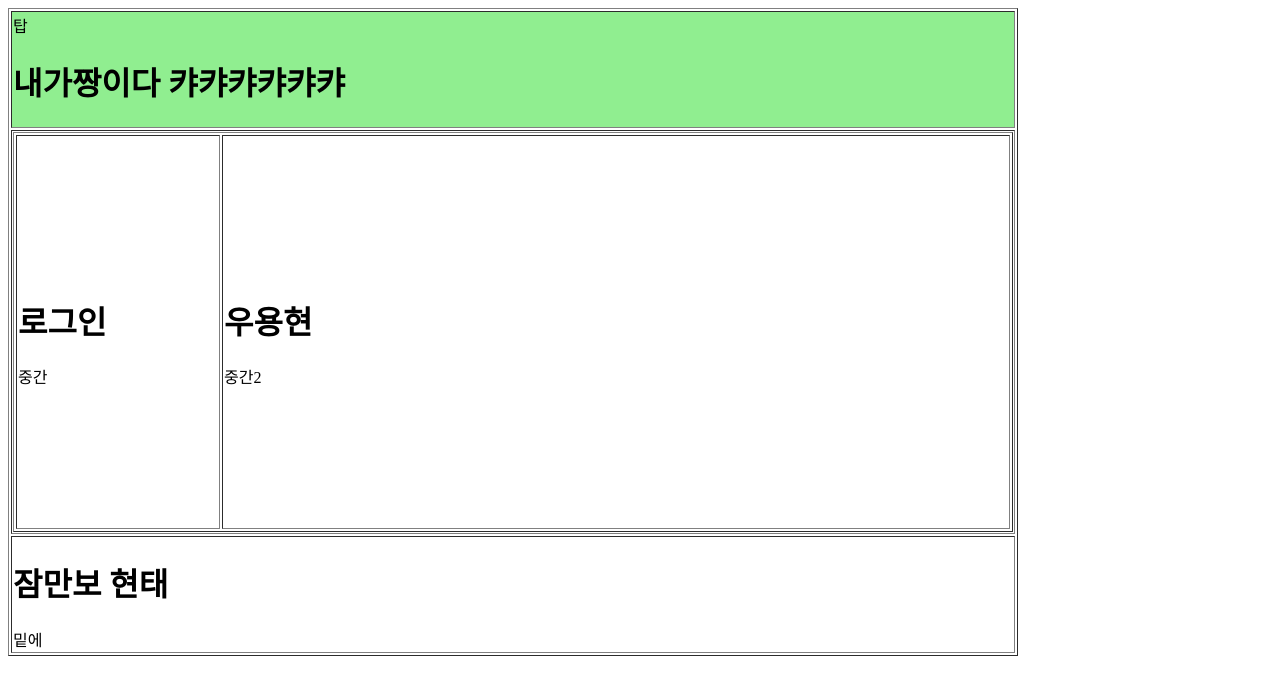
Repository: ikobean/ikoebean
Page: http://localhost/dev_jsp/ch07/index.jsp
An editor plug-in stored every save of this project. The page is shown before and after the next save, followed by the edit.
The browser window is 1280 px wide. The pictures show the whole page.
The page is served by Tomcat 9. Other server files are loaded and not shown.

Above is the page before, as saved 2019-07-17 02:05:56.

### workspace_jsp/dev_jsp/WebContent/ch07/index.jsp
<%@ page language="java" contentType="text/html; charset=UTF-8"
    pageEncoding="UTF-8"%>
<!DOCTYPE html>
<html>
<head>
<meta charset="UTF-8">
<title>Insert title here</title>
</head>
<body>
<table border=1 width="1000" height="500">
<!-- top 영억 -->
	<tr>
	<td height="50" bgcolor=lightgreen>
	탑
	<jsp:include page="top.jsp" flush="false"/></td>
	</tr>
<!-- body 영억 -->
	<tr>
		<td>
			<table border=1 width="1000" height="400">
				<tr>
<!-- menu 영억 -->
					<td width="200" >
					<jsp:include page="menu.jsp" flush="false"/>
						중간
					</td>
<!-- main 영억 -->
					<td>
					<jsp:include page="main.jsp" flush="false"/>
						중간2
					</td>
				</tr>

			</table>
		</td>
	</tr>
<!-- bottom 영억 -->
	<tr>
		<td height="50">
		<jsp:include page="bottom.jsp" flush="false"/>
		밑에
		</td>
	</tr>
</table>
</body>
</html>

### workspace_jsp/dev_jsp/WebContent/ch07/top.jsp
<%@ page language="java" contentType="text/html; charset=UTF-8"
    pageEncoding="UTF-8"%>
<!DOCTYPE html>
<html>
<head>
<meta charset="UTF-8">
<title>Insert title here</title>
</head>
<body>
<h1>내가짱이다 캬캬캬캬캬캬</h1>
</body>
</html>

### workspace_jsp/dev_jsp/WebContent/ch07/menu.jsp
<%@ page language="java" contentType="text/html; charset=UTF-8"
    pageEncoding="UTF-8"%>
<!DOCTYPE html>
<html>
<head>
<meta charset="UTF-8">
<title>Insert title here</title>
</head>
<body>
<h1>로그인</h1>
</body>
</html>

### workspace_jsp/dev_jsp/WebContent/ch07/main.jsp
<%@ page language="java" contentType="text/html; charset=UTF-8"
    pageEncoding="UTF-8"%>
<!DOCTYPE html>
<html>
<head>
<meta charset="UTF-8">
<title>Insert title here</title>
</head>
<body>
<h1>우용현</h1>

</body>
</html>

### workspace_jsp/dev_jsp/WebContent/ch07/bottom.jsp
<%@ page language="java" contentType="text/html; charset=UTF-8"
    pageEncoding="UTF-8"%>
<!DOCTYPE html>
<html>
<head>
<meta charset="UTF-8">
<title>Insert title here</title>
</head>
<body>
<h1>잠만보 현태</h1>

</body>
</html>

After the next save:
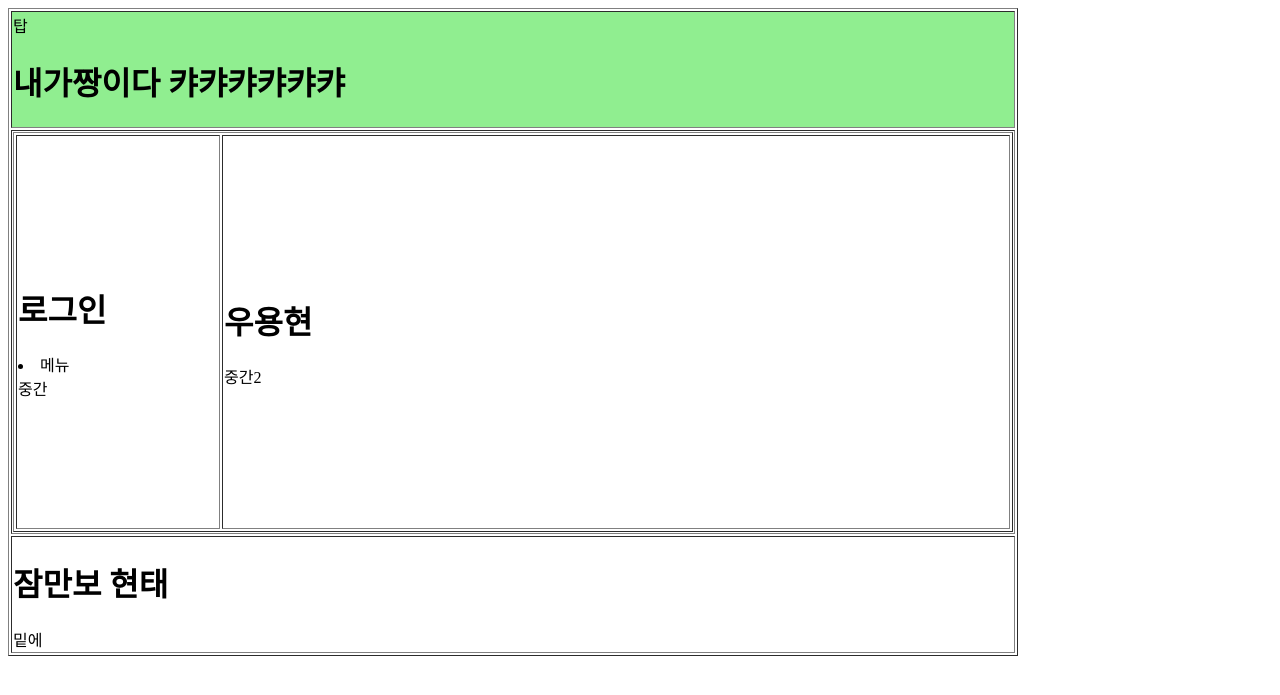
Saved 8 s later.
--- a/workspace_jsp/dev_jsp/WebContent/ch07/menu.jsp
+++ b/workspace_jsp/dev_jsp/WebContent/ch07/menu.jsp
@@ -8,5 +8,6 @@
 </head>
 <body>
 <h1>로그인</h1>
+<li>메뉴</li>
 </body>
 </html>
